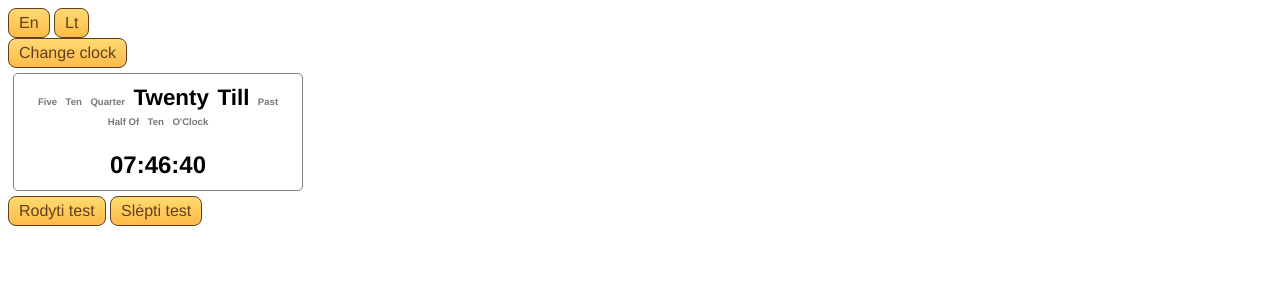
Repository: Skaidrius/WordClock
Page: index.html
The author's editor kept a record of every edit. The page is drawn from the files as they stood at one moment, then again after the next edit.
The browser window is 1280 px wide. The pictures show the whole page.
Some web libraries are served in a nearby version.

Above is the page before.

### index.html
<!DOCTYPE html>
<html>

<head>
    <meta charset="UTF-8">
    <title>Laikrodukas</title>
    <link type="text/css" rel="stylesheet" href="style.css"></link>
</head>

<body ng-app="clockApp">
    <button ng-click="en=true">En</button>
    <button ng-click="en=false">Lt</button>
    <div ng-show="lt" ng-controller="DataController" ng-init="init();">
        <button ng-click="changeClass()">Keisti laikrodį</button><br>

        <show-big-clock></show-big-clock>
    </div>

    <div ng-controller="DataControllerEn" ng-init="init();">
        <button ng-click="changeClass()">Change clock</button><br>

        <show-big-clock-en></show-big-clock-en>
    </div>

    <div ng-controller="TestController" ng-init="currHours = '1'; currMins = '0';">
        <button ng-click="show=true">Rodyti test</button>
        <button ng-click="show=false">Slėpti test</button>
        <div ng-show="show" id="clck-bgr">
        <ul>
            <li ng-class="currMins >= 5 && currMins < 25 || currMins >= 35 && currMins < 40 ? 'active' : 'passive'">{{after}}</li>
            <li ng-class="currMins >= 25 && currMins < 30 || currMins >= 40 ? 'active' : 'passive'">{{till}}</li>
            <li ng-class="currMins >= 35 && currMins < 40 ? 'active' : 'passive'">{{afterhalf}}</li>
            <li ng-class="currMins >= 25 && currMins < 30 || currMins >=  55 ? 'active' : 'passive'">{{fivetill}}</li>
            <li ng-class="currMins >= 50 && currMins < 55 ? 'active' : 'passive'">{{ten}}</li>
            <li ng-class="currMins >= 45 && currMins < 50 ? 'active' : 'passive'">{{quarter}}</li>
            <li ng-class="currMins >= 40 && currMins < 45 ? 'active' : 'passive'">{{twenty}}</li>
            <li ng-class="currMins >= 25 && currMins < 35 ? 'active' : 'passive'">{{half}}</li>

            <li ng-show="item.value!= 13" ng-repeat="item in hoursPastHalf" ng-class="currMins >= 40 && item.value-1 == currHours || currMins < 5 && item.value == currHours ? 'active' : 'passive'">{{item.name }}</li>

            <li ng-show="item.value!= 13" ng-repeat="item in hoursPastZero" ng-class="currMins >= 5 && currMins < 25 && item.value == currHours || currMins >= 25 && currMins < 40 && item.value-1 == currHours ? 'active' : 'passive'">{{item.name }}</li>

            <li ng-class="currMins > 9 && currMins < 15 || currHours == tenHours.value && currMins >= 0 && currMins < 25 || currMins >= 25 && currMins < 60 && tenHours.value-1 == currHours ? 'active' : 'passive'">{{tenHours.name}}</li>

            <li ng-class="currMins < 10 && five.value == currHours ||
                    currMins > 35 && five.value-1 == currHours ||
                    currMins >=5 && currMins < 10 ||
                    currMins >= 35 && currMins < 40 ? 'active' : 'passive'">{{five.name}}</li>

            <li ng-class="currMins >= 15 && currMins < 20? 'active' : 'passive'">{{fifteen}}</li>
            <li ng-class="currMins >= 20 && currMins < 25 ? 'active' : 'passive'">{{twenty}}</li>
            <li ng-class="currMins < 5 && currHours == 1 < 5 ? 'active' : 'passive'">{{hour}}</li>
            <li ng-class="currMins < 5 && currHours > 1 && currHours <= 9 ? 'active' : 'passive'">{{hours}}</li>
            <li ng-class="currMins < 5 && currHours > 9 ? 'active' : 'passive'">{{morehour}}</li>
        </ul>

        <div class="digital">
            <span>{{currHours}}: {{currMins}}</span><br>
         </div>
         <div>
            <input type="number" ng-model="currHours"/></label>
            <input type="number" ng-model="currMins"/></label>
         </div>

    </div>


<script src="https://ajax.googleapis.com/ajax/libs/angularjs/1.3.12/angular.min.js"></script>
<script type="text/javascript" src="app.js"></script>
</body>

</html>

### style.css
body {
    font-family: 'Helvetica Neue',sans-serif;
}

.clck-bgr {
    text-align: center;
    max-width: 300px;
}

ul {
    max-width: 512px;
    height: auto;
    border: 1px solid grey;
    border-radius: 5px;
    padding: 0.7em;
    margin: 5px;
}
ul li    {
    list-style: none;
    display: inline-block;
    padding: 0 2px;
    font-weight: bold;
}

button {
	background: #FEDA71;
	background: -moz-linear-gradient(top,#FEDA71 0%,#FEBB49 100%);
	background: -webkit-gradient(linear,left top,left bottom,color-stop(0%,#FEDA71),color-stop(100%,#FEBB49));
	background: -webkit-linear-gradient(top,#FEDA71 0%,#FEBB49 100%);
	background: -o-linear-gradient(top,#FEDA71 0%,#FEBB49 100%);
	background: -ms-linear-gradient(top,#FEDA71 0%,#FEBB49 100%);
	background: linear-gradient(top,#FEDA71 0%,#FEBB49 100%);
	filter: progid: DXImageTransform.Microsoft.gradient( startColorstr='#FEDA71',endColorstr='#FEBB49',GradientType=0);
	padding:5px 10px;
	color:#623F1D;
	font-family:'Helvetica Neue',sans-serif;
	font-size:16px;
	border-radius:8px;
	-moz-border-radius:8px;
	-webkit-border-radius:8px;
	border:1px solid #623F1D
}

.active   { color: #000; font-size: 1.4em}
.passive  { color: #777; font-size: 0.6em}

.visible   { visibility: visible; font-size: 2em}
.hidden  { display: none; font-size: 0.6em}

.digital {
    font-size: 24px;
    border: none;
    margin-bottom: 0;
    padding-bottom: 0;
}

.digital::before {
    clear: both;
}

### app.js
var app = angular.module('clockApp', []);
app.controller('DataController', function($scope, $interval, $filter) {

    $scope.init = $interval(function(){
        $scope.input = new Date();
        $scope.currHours = $filter('date')($scope.input, 'hh');
        $scope.currMins = $filter('date')($scope.input, 'mm');
        $scope.currSecs = $filter('date')($scope.input, 'ss');

        $scope.hoursPastHalf= [ {value:   1,     name: "Pirma" },
                        {value:   2,     name: "Dvi"        },
                        {value:   3,     name: "Trys"       },
                        {value:   4,     name: "Keturios"   },
                        {value:   6,     name: "Šešios"     },
                        {value:   7,     name: "Septynios"  },
                        {value:   8,     name: "Aštuonios"  },
                        {value:   9,     name: "Devynios"   },
                        {value:  11,     name: "Vienuolika" },
                        {value:  12,     name: "Dvylika"    },
                        {value:  13,     name: "Pirma"      } ];

        $scope.tenHours = {value:  10,     name: "Dešimt"   };
        $scope.five =   {value:  5,     name:  "Penkios"    };

        $scope.hoursPastZero = [ {value:  1,     name: "Pirmos"     },
                        {value:  2,     name: "Dviejų"      },
                        {value:  3,     name: "Trijų"       },
                        {value:  4,     name: "Keturių"     },
                        {value:  5,     name: "Penkių"      },
                        {value:  6,     name: "Šešių"       },
                        {value:  7,     name: "Septynių"    },
                        {value:  8,     name: "Aštuonių"    },
                        {value:  9,     name: "Devynių"     },
                        {value:  11,    name: "Vienuolikos" },
                        {value:  12,    name: "Dvylikos"    },
                        {value:  13,    name: "Pirmos"      }  ];

        $scope.till = "Be";
        $scope.after = "Po";

        $scope.fivetill = "Penkių";
        $scope.ten = "Dešimt";
        $scope.quarter = "Penkiolikos";
        $scope.fifteen = "Penkiolika";
        $scope.twenty = "Dvidešimt";
        $scope.half = "Pusė";
        $scope.afterhalf = "Pusės";

        $scope.hour = "Valanda";
        $scope.hours = "Valandos";
        $scope.morehour = "Valandų";

    },100 );

    $scope.showClassName = 'active';
    $scope.hiddenClassName = 'passive';

    $scope.changeClass = function(){
        if ($scope.showClassName != "active"){
            $scope.showClassName = "active";
            $scope.hiddenClassName = "passive";
          } else {
            $scope.showClassName = "visible";
            $scope.hiddenClassName = "hidden";
          }
    };

});

app.controller('DataControllerEn', function($scope, $interval, $filter) {

    $scope.init = $interval(function(){
        $scope.input = new Date();
        $scope.currHours = $filter('date')($scope.input, 'hh');
        $scope.currMins = $filter('date')($scope.input, 'mm');
        $scope.currSecs = $filter('date')($scope.input, 'ss');

        $scope.hoursPastHalf= [ {value:   1,     name: "One" },
                        {value:   2,     name: "Two"        },
                        {value:   3,     name: "Three"       },
                        {value:   4,     name: "Four"   },
                        {value:   6,     name: "Six"     },
                        {value:   7,     name: "Seven"  },
                        {value:   8,     name: "Eight"  },
                        {value:   9,     name: "Nine"   },
                        {value:  11,     name: "Eleven" },
                        {value:  12,     name: "Twelve"    },
                        {value:  13,     name: ""      } ];

        $scope.tenHours = {value:  10,     name: "Ten"   };
        $scope.five =   {value:  5,     name:  "Five"    };

        $scope.hoursPastZero = [ {value:  1,     name: "One"     },
                        {value:  2,     name: "Two"      },
                        {value:  3,     name: "Three"       },
                        {value:  4,     name: "Four"     },
                        {value:  5,     name: "Five"      },
                        {value:  6,     name: "Six"       },
                        {value:  7,     name: "Seven"    },
                        {value:  8,     name: "Eight"    },
                        {value:  9,     name: "Nine"     },
                        {value:  11,    name: "Eleven" },
                        {value:  12,    name: "Twelve"    },
                        {value:  13,    name: ""      }  ];

        $scope.till = "Till";
        $scope.after = "Past";

        $scope.fivetill = "Five";
        $scope.ten = "Ten";
        $scope.quarter = "Quarter";
        $scope.fifteen = "Quarter";
        $scope.twenty = "Twenty";
        $scope.half = "Half Of";
        $scope.afterhalf = "Half Of";

        $scope.hour = "O'Clock";

    },100 );

    $scope.showClassName = 'active';
    $scope.hiddenClassName = 'passive';

    $scope.changeClass = function(){
        if ($scope.showClassName != "active"){
            $scope.showClassName = "active";
            $scope.hiddenClassName = "passive";
          } else {
            $scope.showClassName = "visible";
            $scope.hiddenClassName = "hidden";
          }
    };

});

// tests
app.controller('TestController', function($scope, $interval) {  //clone for testing

    $scope.init = $interval(function(){

        $scope.hoursPastHalf= [ {value:   1,     name: "Pirma" },
                        {value:   2,     name: "Dvi"        },
                        {value:   3,     name: "Trys"       },
                        {value:   4,     name: "Keturios"   },
                        {value:   6,     name: "Šešios"     },
                        {value:   7,     name: "Septynios"  },
                        {value:   8,     name: "Aštuonios"  },
                        {value:   9,     name: "Devynios"   },
                        {value:  11,     name: "Vienuolika" },
                        {value:  12,     name: "Dvylika"    },
                        {value:  13,     name: "Pirma"      } ];

        $scope.tenHours = {value:  10,  name: "Dešimt"      };
        $scope.five =   {value:  5,     name:  "Penkios"    };

        $scope.hoursPastZero = [ {value:  1,     name: "Pirmos"     },
                        {value:  2,     name: "Dviejų"      },
                        {value:  3,     name: "Trijų"       },
                        {value:  4,     name: "Keturių"     },
                        {value:  5,     name: "Penkių"      },
                        {value:  6,     name: "Šešių"       },
                        {value:  7,     name: "Septynių"    },
                        {value:  8,     name: "Aštuonių"    },
                        {value:  9,     name: "Devynių"     },
                        {value:  11,    name: "Vienuolikos" },
                        {value:  12,    name: "Dvylikos"    },
                        {value:  13,    name: "Pirmos"      }  ];

        $scope.till = "Be";
        $scope.after = "Po";

        $scope.fivetill = "Penkių";
        $scope.ten = "Dešimt";
        $scope.quarter = "Penkiolikos";
        $scope.fifteen = "Penkiolika";
        $scope.twenty = "Dvidešimt";
        $scope.half = "Pusė";
        $scope.afterhalf = "Pusės";

        $scope.hour = "Valanda";
        $scope.hours = "Valandos";
        $scope.morehour = "Valandų";

},100 );

});

app.directive('showBigClock', function(){
    return {
        templateUrl: 'clock.html'
    };
});

app.directive('showBigClockEn', function(){
    return {
        templateUrl: 'clockEn.html'
    };
});

### clock.html
<div class="clck-bgr">
<ul>
    <li ng-class="currMins >= 5 && currMins < 25 ||
                    currMins >= 35 && currMins < 40 ?
                        showClassName : hiddenClassName">{{after}}</li>

    <li ng-class="currMins >= 25 && currMins < 30 ||
                    currMins >= 40 ?
                        showClassName : hiddenClassName">{{till}}</li>

    <li ng-class="currMins >= 35 && currMins < 40 ?
                        showClassName : hiddenClassName ">{{afterhalf}}</li>

    <li ng-class="currMins >= 25 && currMins < 30 ||
                    currMins >=  55 ?
                        showClassName : hiddenClassName">{{fivetill}}</li>

    <li ng-class="currMins >= 50 && currMins < 55 ||
                    currMins >=10 && currMins < 20 ?
                        showClassName : hiddenClassName">{{ten}}</li>

    <li ng-class="currMins >= 45 && currMins < 50 ?
                        showClassName : hiddenClassName">{{quarter}}</li>

    <li ng-class="currMins >= 40 && currMins < 45 ?
                        showClassName : hiddenClassName">{{twenty}}</li>

    <li ng-class="currMins >= 25 && currMins < 35 ?
                        showClassName : hiddenClassName">{{half}}</li>

    <li ng-show="item.value!= 13"
        ng-repeat="item in hoursPastHalf"
        ng-class="currMins >= 40 && item.value-1 == currHours ||
                    currMins >= 40 && item.value-1 == currHours-12 ||
                    currMins < 5 && item.value == currHours ||
                    currMins < 5 && item.value == currHours - 1?
                        showClassName : hiddenClassName">{{item.name }}</li>

    <li ng-show="item.value!= 13"
        ng-repeat="item in hoursPastZero"
        ng-class="currMins >= 5 && currMins < 25 && item.value == currHours ||
                    currMins >= 5 && currMins < 25 && item.value-12 == currHours ||
                    currMins >= 25 && currMins < 40 && item.value-1 == currHours ||
                    currMins >= 25 && currMins < 40 && item.value-13 == currHours ?
                        showClassName : hiddenClassName">{{item.name }}</li>

    <li ng-class="currMins > 9 && currMins < 15 ||
                    currHours == tenHours.value && currMins >= 0 && currMins < 25 ||
                    currMins >= 25 && currMins < 60 && tenHours.value-1 == currHours ?
                        showClassName : hiddenClassName">{{tenHours.name}}</li>

    <li ng-class="currMins < 10 && five.value == currHours ||
                    currMins > 35 && five.value-1 == currHours ||
                    currMins >=5 && currMins < 10 ||
                    currMins >= 35 && currMins < 40 ?
                        showClassName : hiddenClassName">{{five.name}}</li>

    <li ng-class="currMins >= 15 && currMins < 20 ?
                        showClassName : hiddenClassName">{{fifteen}}</li>

    <li ng-class="currMins >= 20 && currMins < 25 ?
                        showClassName : hiddenClassName">{{twenty}}</li>

    <li ng-class="currMins < 5 && currHours == 1 < 5 ?
                        showClassName : hiddenClassName">{{hour}}</li>

    <li ng-class="currMins < 5 && currHours > 1 && currHours <= 9 ?
                        showClassName : hiddenClassName">{{hours}}</li>

    <li ng-class="currMins < 5 && currHours > 9 ?
                        showClassName : hiddenClassName">{{morehour}}</li>

    <ul class="digital">
        <li>{{currHours}}:{{currMins}}:{{currSecs}}</li>
    </ul>
</ul>
</div>

### clockEn.html
<div class="clck-bgr">
<ul>
    <li ng-class="currMins < 10 && five.value == currHours ||
                    currMins > 35 && five.value-1 == currHours ||
                    currMins >=5 && currMins < 10 ||
                    currMins >= 35 && currMins < 40 ||
                    currMins >=25 && currMins < 30 ||
                    currMins >=  55 ? showClassName : hiddenClassName">{{five.name}}</li>

    <li ng-class="currMins >= 50 && currMins < 55 ||
                    currMins >=10 && currMins < 15 ?
                        showClassName : hiddenClassName">{{ten}}</li>

    <li ng-class="currMins >= 15 && currMins < 20 ?
                        showClassName : hiddenClassName">{{fifteen}}</li>

    <li ng-class="currMins >= 40 && currMins < 45 ||
                    currMins >= 20 && currMins < 25 ||
                    currMins >= 45 && currMins < 50 ?
                        showClassName : hiddenClassName">{{twenty}}</li>

    <li ng-class="currMins >= 25 && currMins < 30 ||
                    currMins >= 40 ?
                        showClassName : hiddenClassName">{{till}}</li>

    <li ng-class="currMins >= 5 && currMins < 25 ||
                    currMins >= 35 && currMins < 40 ?
                        showClassName : hiddenClassName">{{after}}</li>

    <li ng-class="currMins >= 25 && currMins < 35 ||
                    currMins >= 35 && currMins < 40 ||
                    currMins >= 35 && currMins < 40 ?
                        showClassName : hiddenClassName">{{half}}</li>

    <li ng-show="item.value!= 13"
        ng-repeat="item in hoursArray"
        ng-class="currMins >= 40 && item.value-1 == currHours ||
                    currMins < 5 && item.value == currHours ||
                    currMins >= 5 && currMins < 25 && item.value == currHours ||
                    currMins >= 25 && currMins < 40 && item.value-1 == currHours ?
                        showClassName : hiddenClassName">{{item.name }}</li>

    <li ng-class="currHours == tenHours.value && currMins >= 0 && currMins < 25 ||
                    currMins >= 25 && currMins < 60 && tenHours.value-1 == currHours ?
                        showClassName : hiddenClassName">{{tenHours.name}}</li>

    <li ng-class="currMins < 5 ?
                        showClassName : hiddenClassName">{{hour}}</li>
    <ul class="digital">
        <li>{{currHours}}:{{currMins}}:{{currSecs}} {{currAP}}</li>
    </ul>

</ul>




</div>

After the next edit:
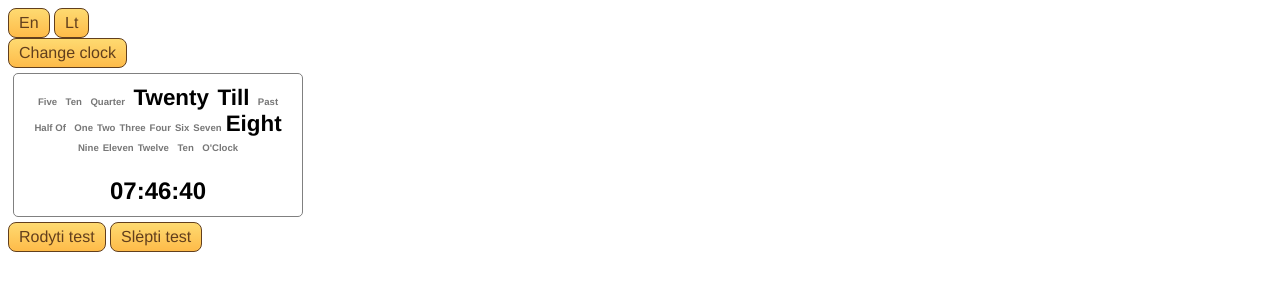
The edit:
--- a/app.js
+++ b/app.js
@@ -75,7 +75,7 @@
         $scope.currMins = $filter('date')($scope.input, 'mm');
         $scope.currSecs = $filter('date')($scope.input, 'ss');
 
-        $scope.hoursPastHalf= [ {value:   1,     name: "One" },
+        $scope.hoursArray= [ {value:   1,     name: "One" },
                         {value:   2,     name: "Two"        },
                         {value:   3,     name: "Three"       },
                         {value:   4,     name: "Four"   },
